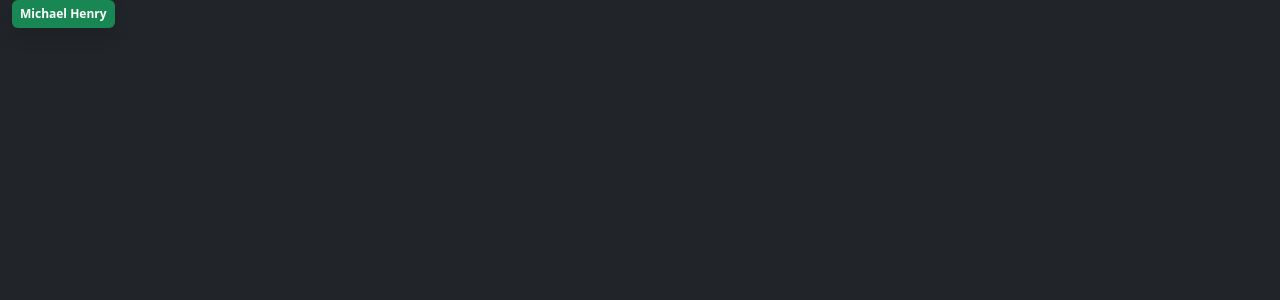
Repository: kenyi-mic/Portfolio_bootstrap
Page: index.html
These files come from the project's save history. The page is drawn as it stood at one moment and after the next save; the edit follows.
The browser window is 1280 px wide. The pictures show the whole page.

Above is the page before, as saved 2022-11-25 12:05:02.

After the next save:
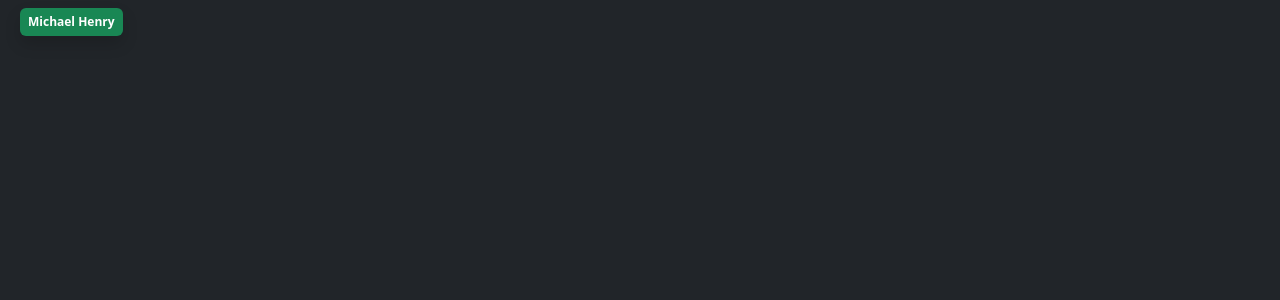
Saved 38 s later.
--- a/index.html
+++ b/index.html
@@ -16,7 +16,7 @@
 <body class="v-100 bg-dark text-light">
     <nav class="nav navbar-expand-md navbar-dark fixed-top">
         <div class="container-fluid">
-            <a href="" class="navbar-brand"><span class="badge bg-success p-2 shadow">Michael Henry</span></a>
+            <a href="" class="navbar-brand"><span class="badge bg-success p-2 m-2 shadow">Michael Henry</span></a>
         </div>
     </nav>
 
